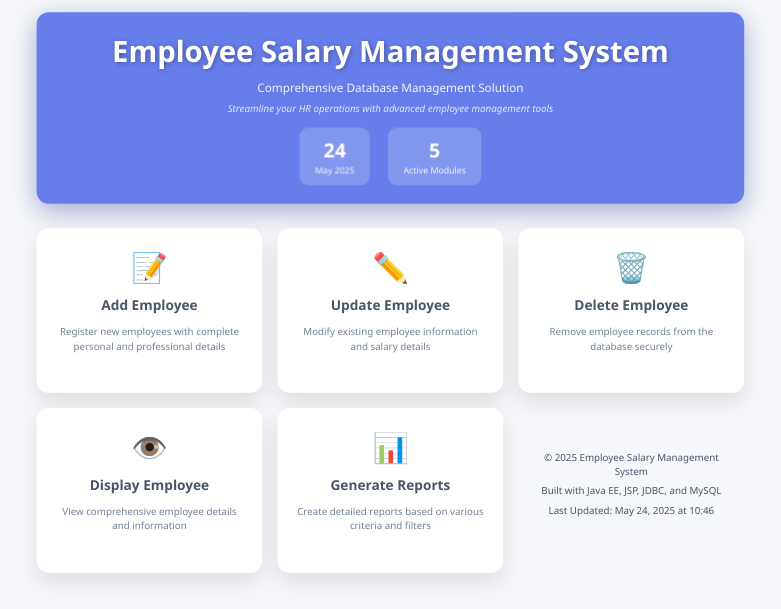
Repository: sweekrithishetty28/Employee_Salary_Management
Page: http://localhost/EmployeeWebApp/
These files come from the project's save history. The page is drawn as it stood at one moment and after the next save; the edit follows.
The browser window is 1280 px wide. The pictures show the whole page, at 61% of full size.
The page is served by Tomcat 9.

Above is the page before, as saved 2025-05-27 07:03:31.
Console error: TypeError: Cannot set properties of null (setting 'textContent')

After the next save:
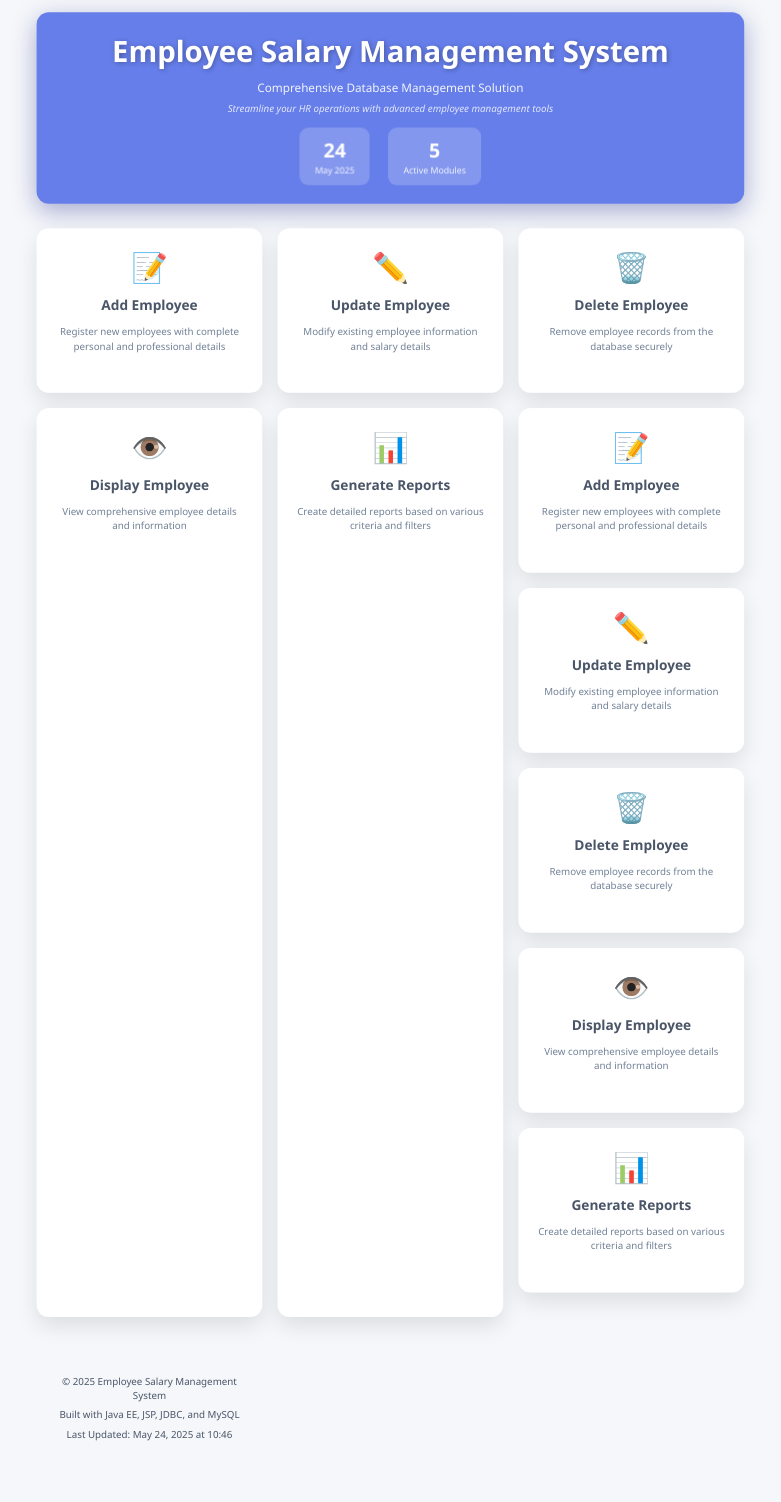
Saved 2 min 20 s later.
--- a/Employee Salary Mangement/EmployeeWebApp/src/main/webapp/index.jsp
+++ b/Employee Salary Mangement/EmployeeWebApp/src/main/webapp/index.jsp
@@ -336,59 +336,97 @@
                 </div>
             </div>
         </div>
-
-        <!-- Success/Error Messages -->
-        <div class="success-message" id="successMessage"></div>
-        <div class="error-message" id="errorMessage"></div>
-
-        <!-- Main Navigation Menu -->
-        <div class="nav-menu">
-            <div class="nav-card" onclick="navigateToPage('empadd.jsp')">
-                <span class="icon">📝</span>
-                <h3>Add Employee</h3>
-                <p>Register new employees with complete personal and professional details</p>
-                <div class="action-hint">Click to add new employee →</div>
-            </div>
-
-            <div class="nav-card" onclick="navigateToPage('empupdate.jsp')">
-                <span class="icon">✏️</span>
-                <h3>Update Employee</h3>
-                <p>Modify existing employee information and salary details</p>
-                <div class="action-hint">Click to update employee →</div>
-            </div>
-
-            <div class="nav-card" onclick="navigateToPage('empdelete.jsp')">
-                <span class="icon">🗑️</span>
-                <h3>Delete Employee</h3>
-                <p>Remove employee records from the database securely</p>
-                <div class="action-hint">Click to delete employee →</div>
-            </div>
-
-            <div class="nav-card" onclick="navigateToPage('empdisplay.jsp')">
-                <span class="icon">👁️</span>
-                <h3>Display Employee</h3>
-                <p>View comprehensive employee details and information</p>
-                <div class="action-hint">Click to view employee →</div>
-            </div>
-
-            <div class="nav-card" onclick="navigateToPage('reports.jsp')">
-                <span class="icon">📊</span>
-                <h3>Generate Reports</h3>
-                <p>Create detailed reports based on various criteria and filters</p>
-                <div class="action-hint">Click to generate reports →</div>
-            </div>
-
-
-
-
-
-    <!-- Footer -->
-<div class="footer">
-    <p>&copy; <%= new Date().getYear() + 1900 %> Employee Salary Management System</p>
-    <p>Built with Java EE, JSP, JDBC, and MySQL</p>
-    <p>Last Updated: <%= new SimpleDateFormat("MMMM dd, yyyy 'at' HH:mm").format(new Date()) %></p>
-</div>
-
+       <!-- Success/Error Messages -->
+    <div class="success-message" id="successMessage"></div>
+    <div class="error-message" id="errorMessage"></div>
+
+    <!-- Main Navigation Menu -->
+    <div class="nav-menu">
+        <div class="nav-card" onclick="navigateToPage('empadd.jsp')">
+            <span class="icon">📝</span>
+            <h3>Add Employee</h3>
+            <p>Register new employees with complete personal and professional details</p>
+            <div class="action-hint">Click to add new employee →</div>
+        </div>
+
+        <div class="nav-card" onclick="navigateToPage('empupdate.jsp')">
+            <span class="icon">✏️</span>
+            <h3>Update Employee</h3>
+            <p>Modify existing employee information and salary details</p>
+            <div class="action-hint">Click to update employee →</div>
+        </div>
+
+        <div class="nav-card" onclick="navigateToPage('empdelete.jsp')">
+            <span class="icon">🗑️</span>
+            <h3>Delete Employee</h3>
+            <p>Remove employee records from the database securely</p>
+            <div class="action-hint">Click to delete employee →</div>
+        </div>
+
+        <div class="nav-card" onclick="navigateToPage('empdisplay.jsp')">
+            <span class="icon">👁️</span>
+            <h3>Display Employee</h3>
+            <p>View comprehensive employee details and information</p>
+            <div class="action-hint">Click to view employee →</div>
+        </div>
+
+        <div class="nav-card" onclick="navigateToPage('reports.jsp')">
+            <span class="icon">📊</span>
+            <h3>Generate Reports</h3>
+            <p>Create detailed reports based on various criteria and filters</p>
+            <div class="action-hint">Click to generate reports →</div>
+        </div>
+     <!-- Success/Error Messages -->
+    <div class="success-message" id="successMessage"></div>
+    <div class="error-message" id="errorMessage"></div>
+
+    <!-- Main Navigation Menu -->
+    <div class="nav-menu">
+        <div class="nav-card" onclick="navigateToPage('empadd.jsp')">
+            <span class="icon">📝</span>
+            <h3>Add Employee</h3>
+            <p>Register new employees with complete personal and professional details</p>
+            <div class="action-hint">Click to add new employee →</div>
+        </div>
+
+        <div class="nav-card" onclick="navigateToPage('empupdate.jsp')">
+            <span class="icon">✏️</span>
+            <h3>Update Employee</h3>
+            <p>Modify existing employee information and salary details</p>
+            <div class="action-hint">Click to update employee →</div>
+        </div>
+
+        <div class="nav-card" onclick="navigateToPage('empdelete.jsp')">
+            <span class="icon">🗑️</span>
+            <h3>Delete Employee</h3>
+            <p>Remove employee records from the database securely</p>
+            <div class="action-hint">Click to delete employee →</div>
+        </div>
+
+        <div class="nav-card" onclick="navigateToPage('empdisplay.jsp')">
+            <span class="icon">👁️</span>
+            <h3>Display Employee</h3>
+            <p>View comprehensive employee details and information</p>
+            <div class="action-hint">Click to view employee →</div>
+        </div>
+
+        <div class="nav-card" onclick="navigateToPage('reports.jsp')">
+            <span class="icon">📊</span>
+            <h3>Generate Reports</h3>
+            <p>Create detailed reports based on various criteria and filters</p>
+            <div class="action-hint">Click to generate reports →</div>
+        </div>
+    </div>
+
+
+
+        <!-- Footer -->
+        <div class="footer">
+            <p>&copy; <%= new Date().getYear() + 1900 %> Employee Salary Management System</p>
+            <p>Built with Java EE, JSP, JDBC, and MySQL</p>
+            <p>Last Updated: <%= new SimpleDateFormat("MMMM dd, yyyy 'at' HH:mm").format(new Date()) %></p>
+        </div>
+    </div>
 
     <script>
         // Show loading overlay on page load
